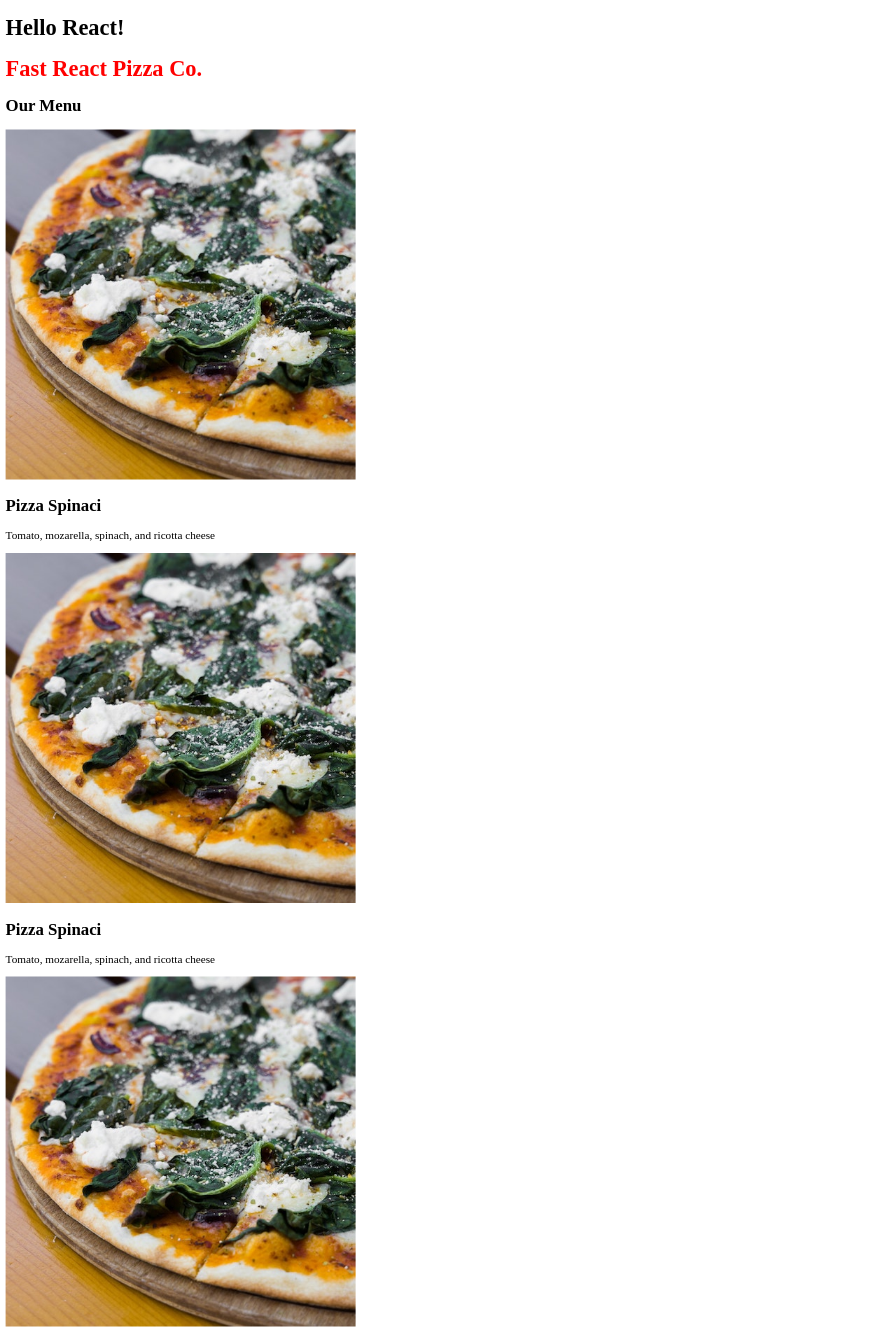
Repository: Alphosmart/03_pizza-menu
Page: /
The author's editor kept a copy of each file at every save. The page is drawn from the files as they stood at one save, then again after the next save.
The browser window is 1280 px wide. The pictures show the part of the page from y = 0 to 1920 px (the page is 2630 px tall before and 2670 px after), at 70% of full size.
The project was rebuilt for these pictures with package versions that can differ from the ones it lists, and the page was loaded fresh each time.

Above is the page before, as saved 2024-05-27 19:10:00.

### src/index.js
import React from "react";
import ReactDOM from "react-dom/client";

const pizzaData = [
  {
    name: "Focaccia",
    ingredients: "Bread with italian olive oil and rosemary",
    price: 6,
    photoName: "pizzas/focaccia.jpg",
    soldOut: false,
  },
  {
    name: "Pizza Margherita",
    ingredients: "Tomato and mozarella",
    price: 10,
    photoName: "pizzas/margherita.jpg",
    soldOut: false,
  },
  {
    name: "Pizza Spinaci",
    ingredients: "Tomato, mozarella, spinach, and ricotta cheese",
    price: 12,
    photoName: "pizzas/spinaci.jpg",
    soldOut: false,
  },
  {
    name: "Pizza Funghi",
    ingredients: "Tomato, mozarella, mushrooms, and onion",
    price: 12,
    photoName: "pizzas/funghi.jpg",
    soldOut: false,
  },
  {
    name: "Pizza Salamino",
    ingredients: "Tomato, mozarella, and pepperoni",
    price: 15,
    photoName: "pizzas/salamino.jpg",
    soldOut: true,
  },
  {
    name: "Pizza Prosciutto",
    ingredients: "Tomato, mozarella, ham, aragula, and burrata cheese",
    price: 18,
    photoName: "pizzas/prosciutto.jpg",
    soldOut: false,
  },
];

function App() {
  return (
    <div>
      <h1>Hello React!</h1>
      <Header />
      <Menu />
      <Footer />
    </div>
  );
}

function Header() {
  return <h1 style={{ color: "red" }}>Fast React Pizza Co.</h1>;
}

function Menu() {
  return (
    <div>
      <h2>Our Menu</h2>
      <Pizza />
      <Pizza />
      <Pizza />
      <Pizza />
    </div>
  );
}

function Footer() {
  const hour = new Date().getHours();
  const openHour = 12;
  const closeHour = 22;
  const isOpen = hour >= openHour && hour <= closeHour;
  console.log(isOpen);
  // if (hour >= openHour && hour <= closeHour) alert("We're currently open!");
  // else alert("Sorry We're closed!");
  return (
    <footer>{new Date().toLocaleTimeString()}. We're currently open!</footer>
  );

  // return React.createElement("footer", null, "We're currently open!");
}

function Pizza() {
  return (
    <div>
      <img src="pizzas/spinaci.jpg" alt="Pizza spinaci" />
      <h2>Pizza Spinaci</h2>
      <p>Tomato, mozarella, spinach, and ricotta cheese</p>
    </div>
  );
}

// React v18
const root = ReactDOM.createRoot(document.getElementById("root"));
root.render(
  <React.StrictMode>
    <App />
  </React.StrictMode>
); // or root.render<App />);

//React before v18
// React.render(<App />, document.getElementById("root"));

Loaded but not shown: public/index.html (common file)

After the next save:
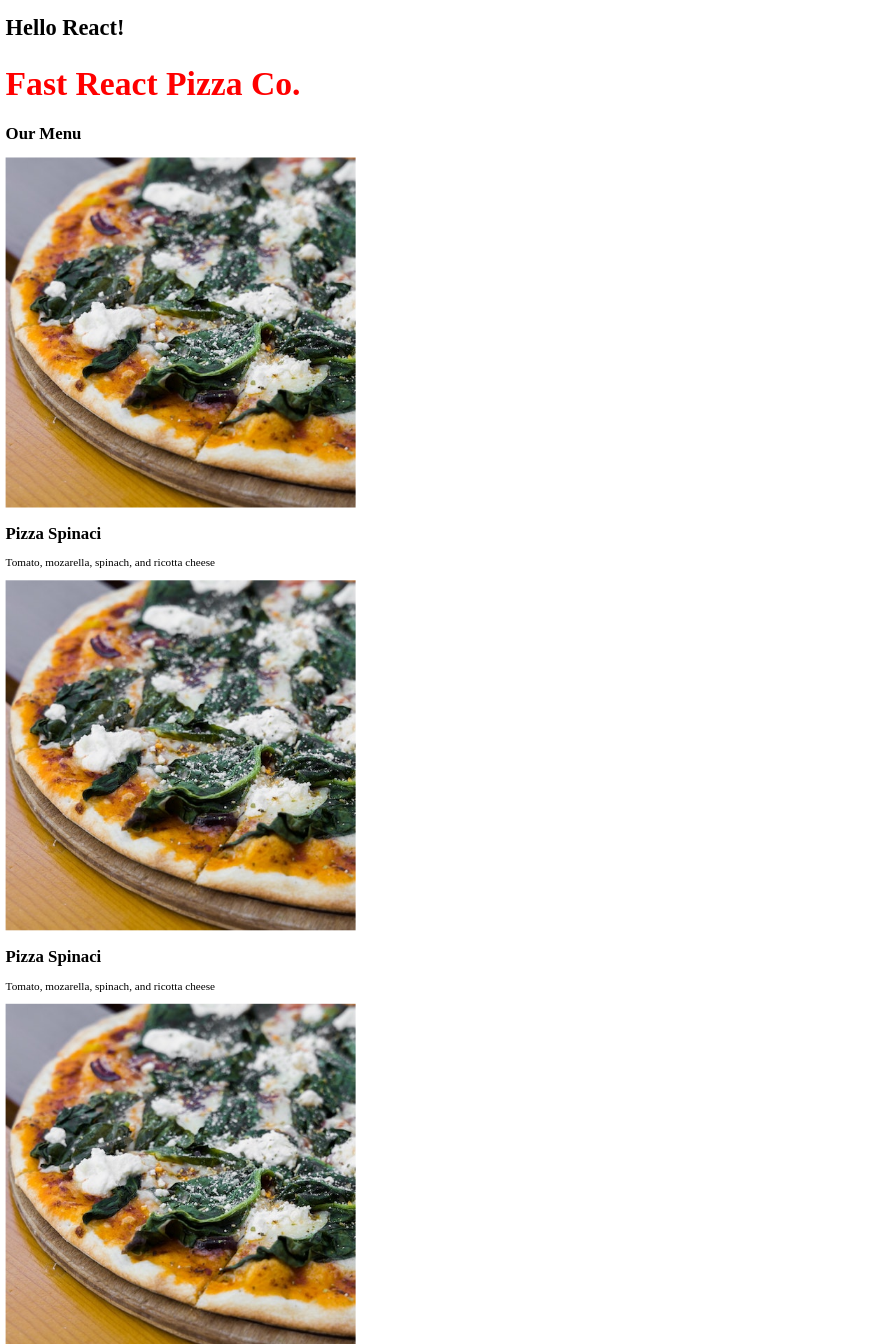
Saved 2 min 39 s later.
--- a/src/index.js
+++ b/src/index.js
@@ -58,7 +58,9 @@ function App() {
 }
 
 function Header() {
-  return <h1 style={{ color: "red" }}>Fast React Pizza Co.</h1>;
+  return (
+    <h1 style={{ color: "red", fontSize: "48px" }}>Fast React Pizza Co.</h1>
+  );
 }
 
 function Menu() {
